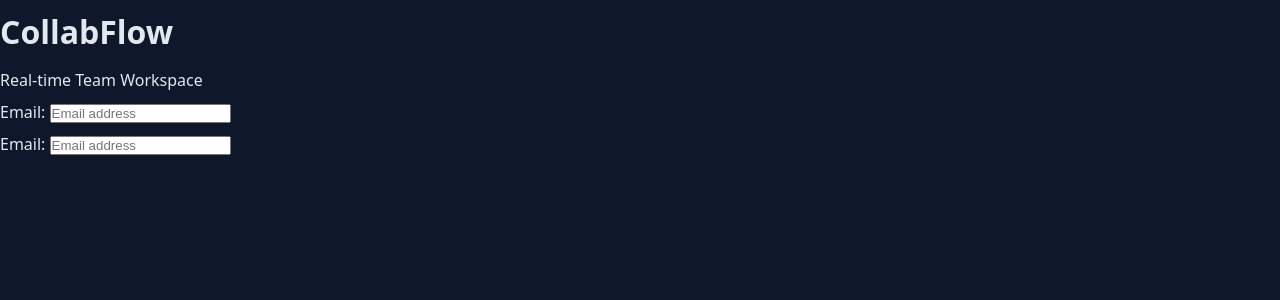
Repository: Lovethrech/collabflow
Page: /
These files come from the project's save history. The page is drawn as it stood at one moment and after a run of saves; the edit follows.
The browser window is 1280 px wide. The pictures show the whole page.
The project was rebuilt for these pictures with package versions that can differ from the ones it lists, and the page was loaded fresh each time. The framework's server and built-in components were replaced by stand-ins that run in the browser. Also part of the build but not shown: nuxt.config.ts.

Above is the page before, as saved 2026-05-20 19:12:59.

After the next 3 saves:
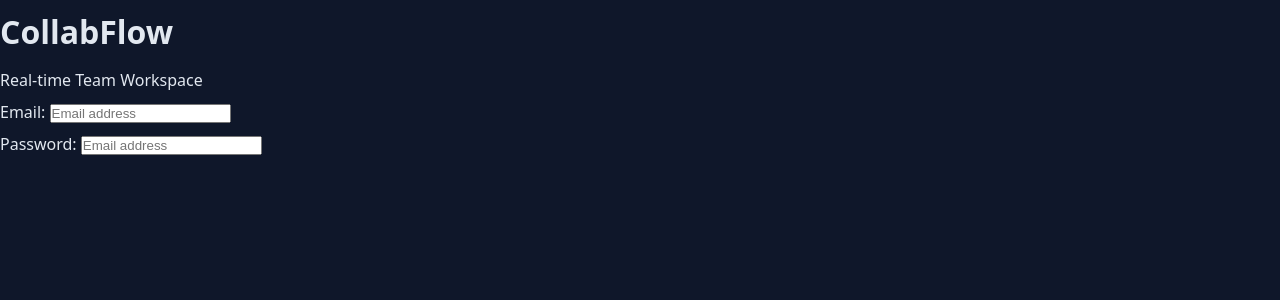
The 3 saves are shown as one change because they came seconds apart.
The last was saved 11 s later.
--- a/app/pages/index.vue
+++ b/app/pages/index.vue
@@ -29,7 +29,7 @@
                 </div>
                 <div class="auth-form-label-and-input-ctn">
                     <label for="email">
-                        Email:
+                        Password:
                     </label>
                     <input
                         v-model="email"
